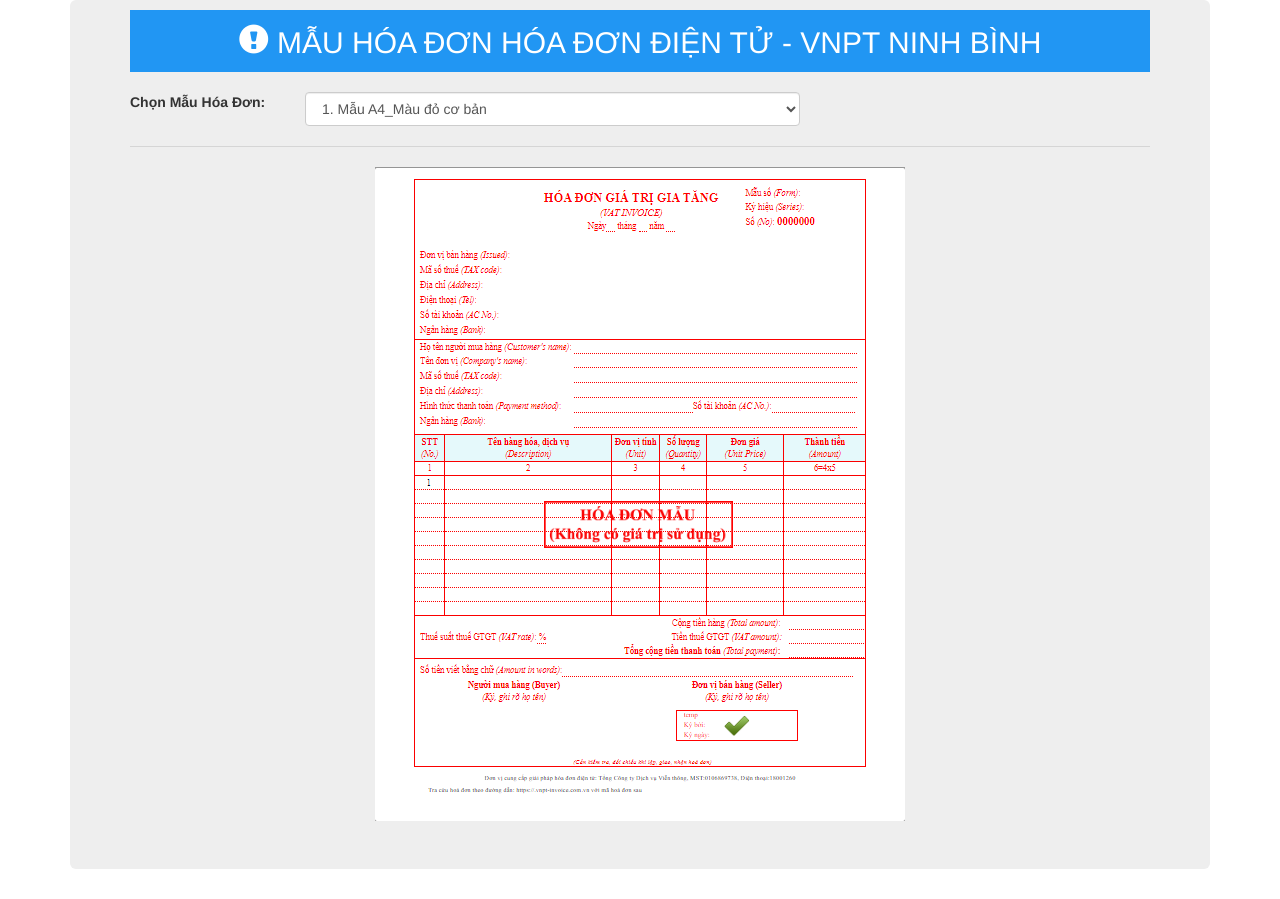
Repository: hoadonvnptninhbinh/hoadonvnptninhbinh
Page: index.html
These files come from the project's save history. The page is drawn as it stood at one moment and after the next save; the edit follows.
The browser window is 1280 px wide. The pictures show the whole page.

Above is the page before, as saved 2020-04-07 14:59:09.

### index.html
<!DOCTYPE html>
<html lang="en">
  <head>
    <meta charset="utf-8">
    <meta http-equiv="X-UA-Compatible" content="IE=edge">
    <meta name="viewport" content="width=device-width, initial-scale=1">
    <!-- The above 3 meta tags *must* come first in the head; any other head content must come *after* these tags -->
    <title>VNPT Ninh Bình - Mẫu Hóa Đơn HDĐT</title>

    <!-- Bootstrap -->
    <link href="plugin/bootstrap/css/bootstrap.min.css" rel="stylesheet">
    <link href="plugin/bootstrap/css/bootstrap-theme.min.css" rel="stylesheet">
    <link href="css/style.css" rel="stylesheet">

  </head>
  <body>
      <div class='container'>
          <div class="jumbotron">
            <div class="header">
                <h2 style="text-align: center;"><span class="glyphicon glyphicon-exclamation-sign"></span> MẪU HÓA ĐƠN HÓA ĐƠN ĐIỆN TỬ - VNPT NINH BÌNH</h2>
              </div>
            <div class="row">
                <div class="form-group">
                    <label for="inputPassword" class="col-sm-2 col-form-label">Chọn Mẫu Hóa Đơn:</label>
                    <div class="col-sm-6">
                        <select class="form-control" id="selMHD">
                            <option value="a4_01">1. Mẫu A4_Màu đỏ cơ bản</option>
                            <option value="a4_02">2. Mẫu A4_Màu đỏ cơ bản 02</option>
                            <option value="a4_03">3. Mẫu A4_Màu đỏ hoa văn</option>
                            <option value="a4_04">4. Mẫu A4_Màu đỏ trống đồng</option>
                            <option value="a4_05">5. Mẫu A4_Màu đồng hoa văn</option>
                            <option value="a4_06">6. Mẫu A4_Màu xanh cơ bản</option>
                            <option value="a4_07">7. Mẫu A4_Màu xanh không trống đồng</option>
                            <option value="a4_08">8. Mẫu A4_Màu xanh trống đồng 02</option>
                            <option value="a4_09">9. Mẫu A4_Màu xanh trống đồng</option>
                            <option value="a5_01">10. Mẫu A5_Bệnh viện</option>
                            <option value="a5_02">11. Mẫu A5_Biên lai</option>
                            <option value="a5_03">12. Mẫu A5_Hóa đơn</option>
                            <option value="a5_04">13. Mẫu A5_Trường học</option>
                          </select>
                    </div>
                </div>
            </div>
            <hr>
            <div class="row">
                <img class="select-mhd" id="image_hddt" src="image/a4_01.png"/>
            </div>
          </div>
      </div>

    <!-- jQuery (necessary for Bootstrap's JavaScript plugins) -->
    <script src="js/jquery.min.js"></script>
    <!-- Include all compiled plugins (below), or include individual files as needed -->
    <script src="plugin/bootstrap/js/bootstrap.min.js"></script>
    <script src="js/index.js"></script>

  </body>
</html>

### css/style.css
.alert {
    padding: 0px !important;
}

.select-mhd {
    display: block;
    margin: 0 auto;
}


.jumbotron {
    padding-top: 10px !important;
}

.header {
    color: #fff!important;
    background-color: #2196F3!important;
    padding: 3px 0px;
    margin-bottom: 20px !important;
}

h2 {
    margin-top: 10px !important;
}

### js/index.js
$(function() {
    $('#selMHD').change(function() {
        var srcImage = 'image/' + $(this).val() + '.png';
        $("#image_hddt").attr("src", srcImage);
    });
})

Loaded but not shown: plugin/bootstrap/css/bootstrap.min.css (library); plugin/bootstrap/css/bootstrap-theme.min.css (library); js/jquery.min.js (library); plugin/bootstrap/js/bootstrap.min.js (library)

After the next save:
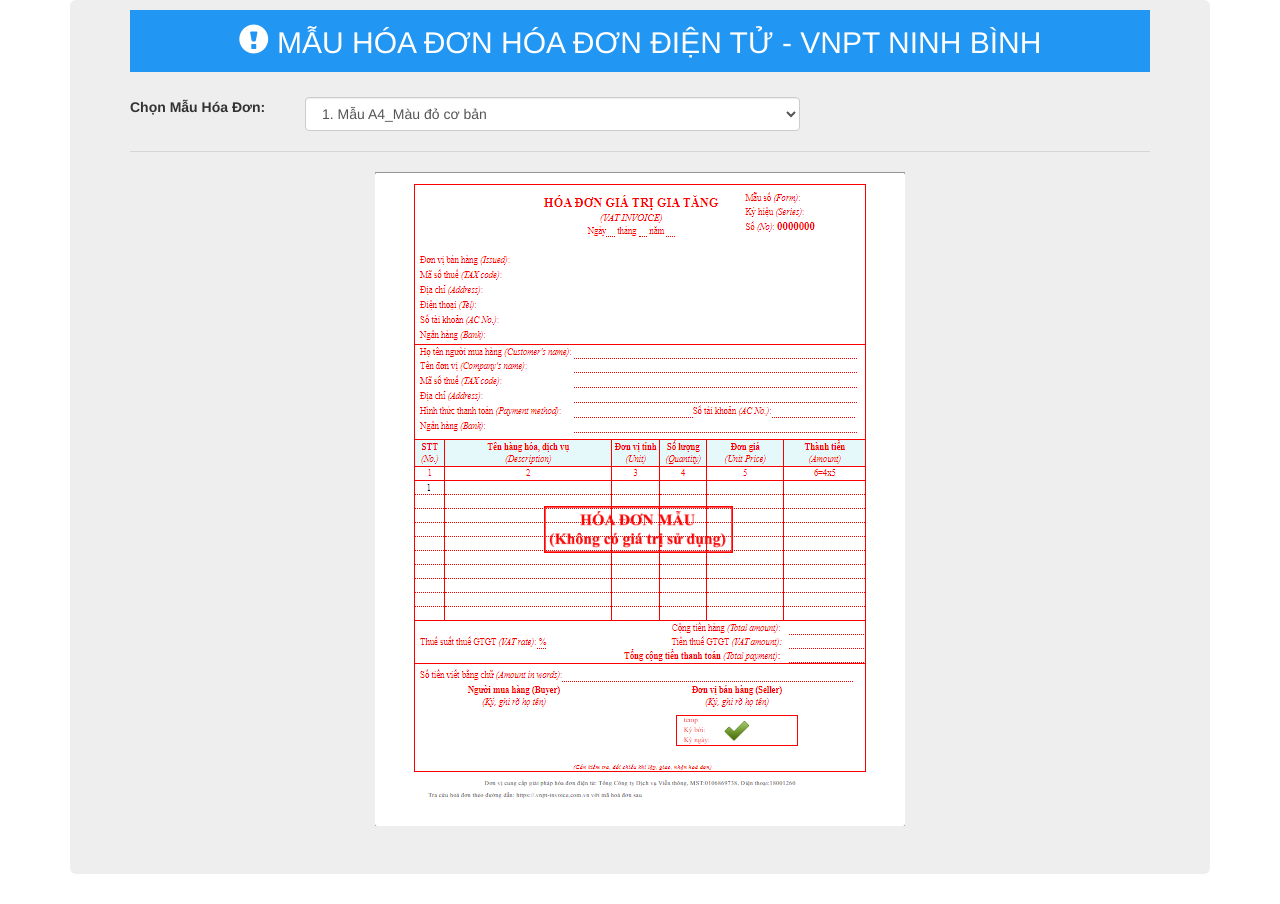
Saved 80 s later.
--- a/css/style.css
+++ b/css/style.css
@@ -16,7 +16,7 @@
     color: #fff!important;
     background-color: #2196F3!important;
     padding: 3px 0px;
-    margin-bottom: 20px !important;
+    margin-bottom: 25px !important;
 }
 
 h2 {
